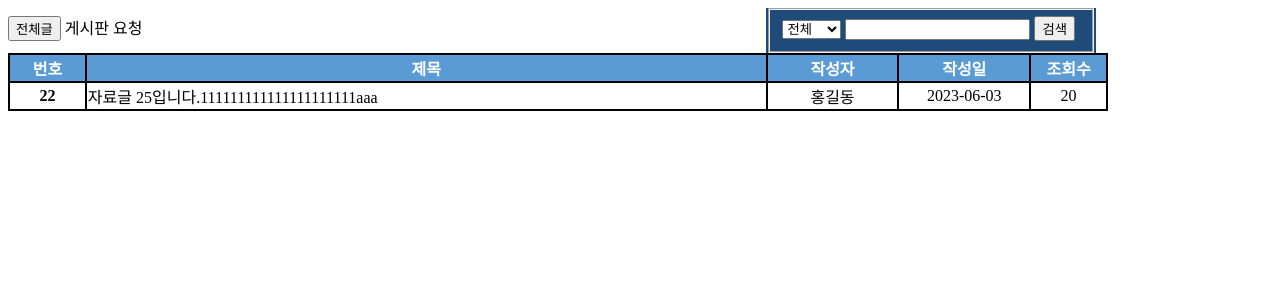
Repository: LJzero-dev/java-study
Page: http://localhost/ktbwos/bbs/request_list.jsp
The author's editor kept a copy of each file at every save. The page is drawn from the files as they stood at one save, then again after the next save.
The browser window is 1280 px wide. The pictures show the whole page.
The page is served by Tomcat 9. Other server files are loaded and not shown.

Above is the page before, as saved 2023-06-10 13:47:05.

### web/ktbwos/WebContent/bbs/request_list.jsp
<%@ page language="java" contentType="text/html; charset=UTF-8" pageEncoding="UTF-8"%>
<!DOCTYPE html PUBLIC "-//W3C//DTD HTML 4.01 Transitional//EN" "http://www.w3.org/TR/html4/loose.dtd">
<html>
<head>
<meta http-equiv="Content-Type" content="text/html; charset=UTF-8">
<style>
	a:link { color:black; text-decoration:none; }
	a:visited { color:black; text-decoration:none; }
	a:hover { color:black; text-decoration:underline; }
	table, th, td {
	border:2px solid black;
	border-collapse : collapse;
	}
	th { background-color:#5B9BD5; color:white;}
	td { text-align:center;}
</style>
<title>Insert title here</title>
</head>
<body>

<div width="1100">
<input type="button" value="전체글">  게시판 요청
<form style="width:330px; background:#1E4B79; display:inline-block; margin-left: 620px " name="frmSch">
<fieldset>
		<select name="schtype">
			<option value="all" >전체</option>
			<option value="title" >제목</option>
			<option value="content" >내용</option>
			<option value="writer">작성자</option>
		</select>
		<input type="text" name="keyword" value="" />
		<input type="submit" value="검색" />
</fieldset>
</form>

	<table width="1100">
		<tr>
			<th width="7%">번호</th><th width="*">제목</th><th width="12%">작성자</th><th width="12%">작성일</th><th width="7%">조회수</th>
		</tr>
		<tr>
			<td><b>22</b></td><td><span style="float:left;">자료글 25입니다.111111111111111111111<a href="">aaa</a></span></td><td>홍길동</td><td>2023-06-03</td><td>20</td>
		</tr>
	</table>

</div>
</body>
</html>

After the next save:
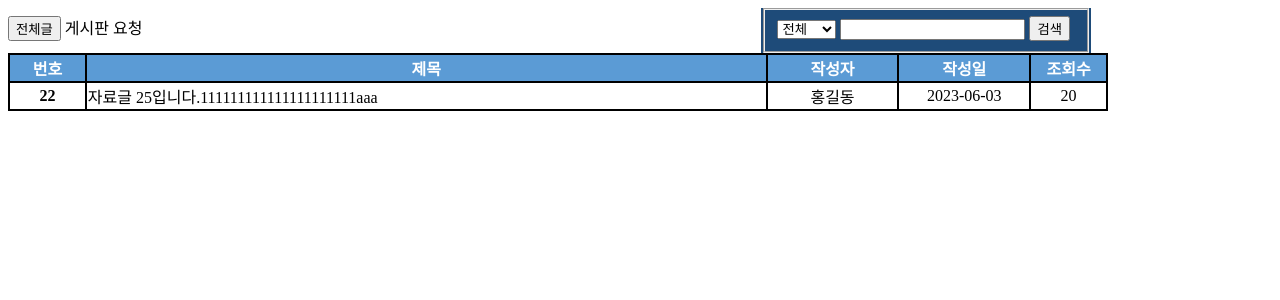
Saved 7 s later.
--- a/web/ktbwos/WebContent/bbs/request_list.jsp
+++ b/web/ktbwos/WebContent/bbs/request_list.jsp
@@ -20,7 +20,7 @@
 
 <div width="1100">
 <input type="button" value="전체글">  게시판 요청
-<form style="width:330px; background:#1E4B79; display:inline-block; margin-left: 620px " name="frmSch">
+<form style="width:330px; background:#1E4B79; display:inline-block; margin-left: 615px " name="frmSch">
 <fieldset>
 		<select name="schtype">
 			<option value="all" >전체</option>
